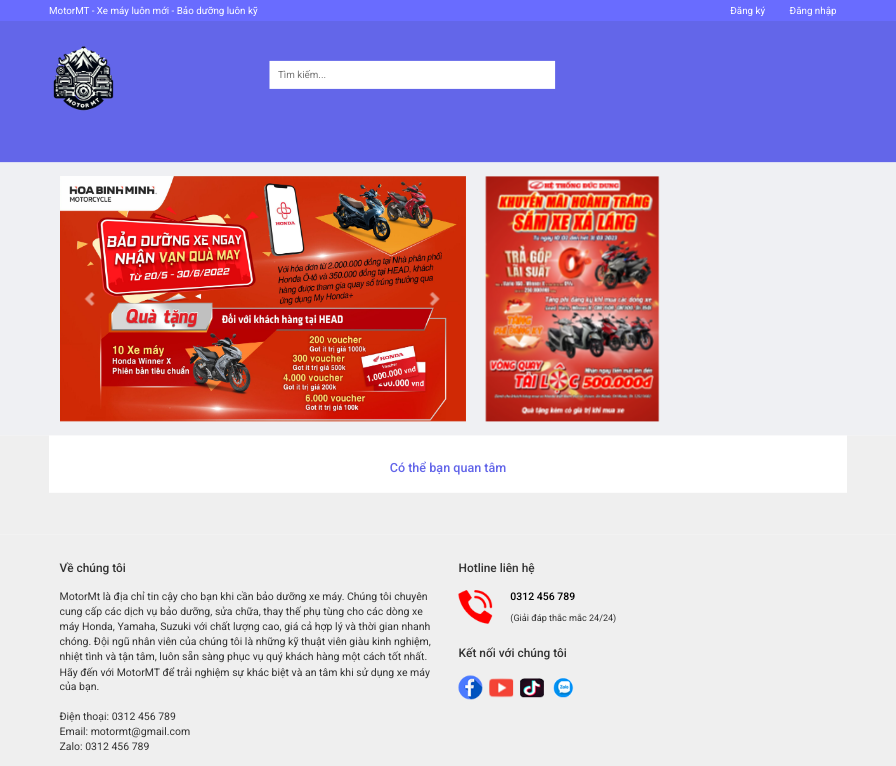
Repository: ThieuDV091002/MotorMaintain
Page: http://localhost/index
These files come from the project's save history. The page is drawn as it stood at one moment and after the next save; the edit follows.
The browser window is 1280 px wide. The pictures show the part of the page from y = 0 to 1920 px (the page is 1094 px tall before and 2815 px after), at 70% of full size.
Some web fonts or font styles are not loaded; a fallback is used. The page is this project's Thymeleaf template; nobody is signed in. The template is opened directly, without the code that normally fills it, so the values that code supplies are empty.

Above is the page before, as saved 2024-01-29 11:30:40.
Console error: TypeError: Cannot read properties of null (reading 'style')

### MotorMaintainnanceProject/MotorMaintainanceWebParent/MotorMaintainanceFrontEnd/src/main/resources/templates/index.html
<!DOCTYPE html>
<html xmlns:th="www.thymeleaf.org"
	  xmlns:sec="https://www.thymeleaf.org/thymeleaf-extras-springsecurity5">
<head>
	<meta charset="UTF-8">
	<meta name="viewport" content="width=device-width, initial-scale=1.0">
	<title>Trang chủ - EduBook</title>
	<script th:src="@{js/jquery-3.3.1.js}"></script>
	<script th:src="@{js/bootstrap.min.js}"></script>
	<script
			th:src="@{https://ajax.googleapis.com/ajax/libs/jquery/3.5.1/jquery.min.js}"></script>
	<link th:href="@{/rating-star/css/star-rating.css}" media="all"
		  rel="stylesheet" type="text/css" />
	<script th:src="@{/rating-star/js/star-rating.js}"
			type="text/javascript"></script>
	<link th:href="@{/rating-star/themes/krajee-svg/theme.css}" media="all"
		  rel="stylesheet" type="text/css" />
	<script th:src="@{/rating-star/themes/krajee-svg/theme.js}"></script>
	<link rel="stylesheet" th:href="@{css/bootstrap.min.css}">
	<link rel="stylesheet"
		  th:href="@{https://maxcdn.bootstrapcdn.com/bootstrap/3.4.1/css/bootstrap.min.css}">

	<link
			th:href="@{https://fonts.googleapis.com/css2?family=Roboto:ital,wght@0,300;0,400;0,500;0,700;1,300;1,400;1,500&display=swap}"
			rel="stylesheet">
	<link rel="stylesheet" th:href="@{css/all.min.css}">
	<link rel="stylesheet" th:href="@{/fontawesome/all.min.css}">
	<link
			th:href="@{https://fonts.googleapis.com/css2?family=Paytone+One&display=swap}"
			rel="stylesheet">
	<link rel="stylesheet" th:href="@{css/style.css}">
	<link rel="stylesheet" th:href="@{css/home.css}">
</head>
<body>
<div class="app">
	<header id="header">
		<div class="header__top">
			<div class="container">
				<section class="row flex">
					<div class="col-lg-5 col-md-0 col-sm-0 heade__top-left">
						<span>MotorMT - Xe máy luôn mới - Bảo dưỡng luôn kỹ</span>
					</div>

					<nav class="col-lg-7 col-md-0 col-sm-0 header__top-right">
						<ul class="header__top-list" sec:authorize="!isAuthenticated()">
							<li class="header__top-item"><a th:href="@{/register}"
															class="header__top-link">Đăng ký</a></li>
							<li class="header__top-item"><a th:href="@{/login}"
															class="header__top-link">Đăng nhập</a></li>
						</ul>
						<ul class="header__top-list" sec:authorize="isAuthenticated()">
							<li class="header__top-item"><a th:href="@{/customer-update}"
															class="header__top-link" sec:authentication="principal.hoten"></a></li>
						</ul>
					</nav>
				</section>
			</div>
		</div>


		<div class="header__bottom">
			<div class="container">
				<section class="row">
					<div class="col-lg-3 col-md-4 col-sm-12 header__logo">
						<h1 class="header__heading">
							<a href="#" class="header__logo-link"> <img style="height: 100px;"
									th:src="@{image/logo.png}" alt="Logo" class="header__logo-img">
							</a>
						</h1>
					</div>

					<div class="col-lg-6 col-md-7 col-sm-0 header__search text-center"
						 style="display: flex; justify-content: center; align-items: center;">
						<form class="col-lg-12 col-md-7 col-sm-0 header__search"
							  th:action="@{/search}" method="get" id="myForm">
							<input type="search" name="keyword" class="header__search-input"
								   th:value="${keyword}" placeholder="Tìm kiếm...">
						</form>
					</div>
				</section>
			</div>
		</div>

		<div class="header__nav">
			<div class="container">
				<section class="row">
					<th:block sec:authorize="isAuthenticated()">
						<div class="header__nav col-lg-9 col-md-0 col-sm-0">
							<ul class="header__nav-list">
	                            <li class="header__nav-item"><a th:href="@{/customer-update}"
	                                                            class="header__nav-link">Thông tin tài khoản</a></li>
	                            <li class="header__nav-item"><a th:href="@{/order}"
	                                                            class="header__nav-link"></a>Lịch đặt</li>
	                            <li class="header__nav-item"><a th:href="@{/address_book}"
	                                                            class="header__nav-link">Đặt lịch bảo dưỡng</a></li>
	                            <li class="header__nav-item"><a id="logoutLink" href=""
	                                                            class="header__nav-link">Đăng xuất</a></li>
	                        </ul>
						</div>
					</th:block>
				</section>
			</div>
		</div>
	</header>

	<section class="menu-slide text-center">
		<div class="container">
			<th:block sec:authorize="isAuthenticated()">
				<form th:action="@{/logout}" method="post" th:hidden="true"
					  name="LogoutForm">
					<input type="submit">
				</form>
			</th:block>
			<div class="row">
				<div class="slider col-lg-12 col-md-12 col-sm-0">
					<div class="row">
						<div class="slide__left col-lg-8 col-md-0 col-sm-0">
							<div id="carouselExampleIndicators" class="carousel slide"
								 data-ride="carousel" data-interval="3000">
								<div class="carousel-inner">
									<div class="carousel-item active">
										<img th:src="@{image/58db1c6ec60f06515f1e-scaled.jpg}"
											style="height: 350px"
											 class="d-block w-100" alt="...">
									</div>
								</div>
								<a class="carousel-control-prev"
								   href="#carouselExampleIndicators" role="button"
								   data-slide="prev"> <span
										class="carousel-control-prev-icon" aria-hidden="true"></span>
									<span class="sr-only">Previous</span>
								</a> <a class="carousel-control-next"
										href="#carouselExampleIndicators" role="button"
										data-slide="next"> <span
									class="carousel-control-next-icon" aria-hidden="true"></span>
								<span class="sr-only">Next</span>
							</a>
							</div>
						</div>

						<div class="slide__right col-lg-4 col-md-0 col-sm-0">
							<img th:src="@{image/khuyen-mai-hoanh-trang-sam-xe-xa-lang-1ejis5wd.jpg}" style="height: 350px" class="slide__right-img">
						</div>
					</div>
				</div>
			</div>
		</div>
	</section>

	<section class="product__love">
		<div class="container">
			<div class="row bg-white">
				<div class="col-lg-12 col-md-12 col-sm-12 product__love-title">
					<h2 class="product__love-heading" style="text-align: center;">
						Có thể bạn quan tâm</h2>
				</div>
			</div>
			<div class="row bg-white">
				<div class="product__panel-item col-lg-2 col-md-3 col-sm-6"
					 th:each="book : ${listBooks}" th:object="${book}">
					<div class="product__panel-img-wrap">
						<img th:if="${book.hinhanh == null}"
							 th:src="@{/image/id467907-125.png}"
							 style="width: 90%; height: 90%" class="product__panel-img">
						<img th:if="${book.hinhanh != null}"
							 th:src="@{${book.bookPhotoPath}}" class="product__panel-img">
					</div>
					<h3 class="product__panel-heading">
						<a th:href="@{'/book-detail-' + ${book.IDsach}}"
						   class="product__panel-link">[[${book.tensach}]]</a>
					</h3>

					<div class="product__panel-rate-wrap">
						<input type="text" class="book-detail-rating-star" dir="ltr"
							   data-size="sm" th:value="${book.averageRating}">
					</div>

					<div class="product__panel-price">
							<span class="product__panel-price-current">
								[[${book.dongia}]] đ </span>
					</div>
				</div>
			</div>
		</div>
	</section>

	<footer>
		<section class="footer__top">
			<div class="container">
				<div class="row">
					<article class="footer__top-intro col-lg-6 col-md-4 col-sm-6">
						<h4 class="footer__top-intro-heading">Về chúng tôi</h4>
						<div class="footer__top-intro-content">
							MotorMt là địa chỉ tin cậy cho bạn khi cần bảo dưỡng xe máy. Chúng tôi
							chuyên cung cấp các dịch vụ bảo dưỡng, sửa chữa, thay thế phụ tùng cho các
							dòng xe máy Honda, Yamaha, Suzuki với chất lượng cao, giá cả hợp lý và thời
							gian nhanh chóng. Đội ngũ nhân viên của chúng tôi là những kỹ thuật viên giàu
							kinh nghiệm, nhiệt tình và tận tâm, luôn sẵn sàng phục vụ quý khách hàng một
							cách tốt nhất. Hãy đến với MotorMT để trải nghiệm sự khác biệt và an tâm khi sử dụng xe máy của bạn.
 							<br> <br> Điện	thoại: 0312 456 789 <br> Email: motormt@gmail.com <br>
							Zalo: 0312 456 789 <br>
						</div>
					</article>

					<article
							class="footer__top-contact-wrap col-lg-6 col-md-4 col-sm-6">
						<h4 class="footer__top-contact-heading">Hotline liên hệ</h4>

						<div class="footer__top-contact">
							<div class="footer__top-contact-icon">
								<img th:src="@{image/phone_top.png}"
									 class="footer__top-contact-img">
							</div>

							<div class="footer__top-contact-phone-wrap">
								<div class="footer__top-contact-phone">0312 456 789</div>
								<div class="footer__top-contact-des">(Giải đáp thắc mắc
									24/24)</div>
							</div>
						</div>

						<h4 class="footer__top-contact-heading">Kết nối với chúng
							tôi</h4>

						<div class="footer__top-contact-social">
							<a href="#" class="footer__top-contact-social-link"> <img
									th:src="@{image/facebook.png}">
							</a> <a href="#" class="footer__top-contact-social-link"> <img
								th:src="@{image/youtube.png}">
						</a> <a href="#" class="footer__top-contact-social-link"> <img
								th:src="@{image/tiktok.png}">
						</a> <a href="#" class="footer__top-contact-social-link"> <img
								th:src="@{image/zalo.png}">
						</a>
						</div>
					</article>
				</div>
			</div>
		</section>
	</footer>
</div>
<script th:src="@{js/jq.js}"></script>
<script th:src="@{js/index.js}"></script>
<script type="text/javascript">
	$(document).ready(function() {
		$("#logoutLink").on("click", function(e) {
			e.preventDefault();
			$("form[name='LogoutForm']").submit();
		});

		$('#myForm input[type="search"]').keypress(function (event) {
			if (event.which === 13) {
				event.preventDefault();
				$('#myForm').submit();
			}
		});
	});
</script>
<script type="text/javascript">
	$(".book-detail-rating-star").rating({
		displayOnly: true,
		hoverOnClera: false,
		showCaption: false,
		theme: 'krajee-svg'
	})
</script>
</body>
</html>

### MotorMaintainnanceProject/MotorMaintainanceWebParent/MotorMaintainanceFrontEnd/src/main/resources/static/rating-star/css/star-rating.css
/*!
 * bootstrap-star-rating v4.1.3
 * http://plugins.krajee.com/star-rating
 *
 * Author: Kartik Visweswaran
 * Copyright: 2013 - 2021, Kartik Visweswaran, Krajee.com
 *
 * Licensed under the BSD 3-Clause
 * https://github.com/kartik-v/bootstrap-star-rating/blob/master/LICENSE.md
 */
.rating-loading {
    width: 25px;
    height: 25px;
    font-size: 0;
    color: #fff;
    background: transparent url('../img/loading.gif') top left no-repeat;
    border: none;
}

/*
 * Stars & Input
 */
.rating-container .rating-stars {
    position: relative;
    cursor: pointer;
    vertical-align: middle;
    display: inline-block;
    overflow: hidden;
    white-space: nowrap;
}

.rating-container .rating-stars:focus {
    outline: 1px dotted;
}

.rating-input {
    position: absolute;
    cursor: pointer;
    width: 100%;
    height: 1px;
    bottom: 0;
    left: 0;
    font-size: 1px;
    opacity: 0;
    padding: 0;
    margin: 0;
    outline: none;
    pointer-events: none;
    border: none;
    box-shadow: none;
    background: none;
}

.rating-container.is-display-only .rating-stars {
    cursor: default;
}

.rating-disabled .rating-stars {
    cursor: not-allowed;
}

.rating-container .star {
    display: inline-block;
    margin: 0 2px;
    text-align: center;
}

.rating-container .empty-stars {
    color: #aaa;
}

.rating-container .filled-stars {
    position: absolute;
    left: 0;
    top: 0;
    margin: auto;
    color: #fde16d;
    white-space: nowrap;
    overflow: hidden;
    -webkit-text-stroke: 1px #777;
    text-shadow: 1px 1px #999;
}

.rating-rtl {
    float: right;
}

.rating-animate .filled-stars {
    transition: width 0.25s ease;
}

.rating-rtl .filled-stars {
    left: auto;
    right: 0;
    transition: none;
    -webkit-transform: matrix(-1, 0, 0, 1, 0, 0);
    transform: matrix(-1, 0, 0, 1, 0, 0);
}

.rating-rtl.is-star .filled-stars {
    right: 0.06em;
}

.rating-rtl.is-heart .empty-stars {
    margin-right: 0.07em;
}

/**
 * Clear
 */
.rating-container .clear-rating {
    color: #aaa;
    cursor: not-allowed;
    display: inline-block;
    vertical-align: middle;
    font-size: 60%;
}

.clear-rating-active {
    cursor: pointer !important;
}

.clear-rating-active:hover {
    color: #843534;
}

.rating-container .clear-rating {
    padding-right: 5px;
}

/**
 * Caption
 */

/* extend support to BS4 */
.rating-container .caption .label {
    display: inline-block;
    padding: .25em .4em;
    line-height: 1;
    text-align: center;
    vertical-align: baseline;
    border-radius: .25rem;
}

.rating-container .caption {
    color: #999;
    display: inline-block;
    vertical-align: middle;
    line-height: 1;
}

.rating-container .caption {
    margin-left: 5px;
    margin-right: 0;
}

.rating-rtl .caption {
    margin-right: 5px;
    margin-left: 0;
}

/**
 * Print
 */
@media print {
    .rating-container .clear-rating {
        display: none;
    }
}

/**
 * Sizes
 */
.rating-xl {
    font-size: 48px;
}
.rating-lg {
    font-size: 40px;
}
.rating-md {
    font-size: 32px;
}
.rating-sm {
    font-size: 24px;
}
.rating-xs {
    font-size: 16px;
}

.rating-xl .caption {
    font-size: 20px;
}

.rating-lg .caption {
    font-size: 18px;
}

.rating-md .caption {
    font-size: 16px;
}

.rating-sm .caption {
    font-size: 14px;
}

.rating-xs .caption {
    font-size: 12px;
}

/**
 * Caption
 */
.caption-badge {
    font-family: Arial, Helvetica, sans-serif;
    display: inline-block;
    padding: .35em .65em;
    font-size: .75em;
    font-weight: 700;
    line-height: 1;
    color: #fff;
    text-align: center;
    white-space: nowrap;
    vertical-align: baseline;
    border-radius: .25rem;
}

.caption-secondary {
    background-color: #6c757d;
}

.caption-danger {
    background-color: #dc3545;
}

.caption-warning {
    background-color: #ffc107;
    color: #212529;
}

.caption-info {
    background-color: #0dcaf0;
    color: #212529;
}

.caption-primary {
    background-color: #0d6efd;
}

.caption-success {
    background-color: #198754;
}

### MotorMaintainnanceProject/MotorMaintainanceWebParent/MotorMaintainanceFrontEnd/src/main/resources/static/rating-star/themes/krajee-svg/theme.css
/*!
 * Krajee SVG Theme styling for bootstrap-star-rating.
 * This file must be loaded after 'star-rating.css'.
 *
 * bootstrap-star-rating v4.1.3
 * http://plugins.krajee.com/star-rating
 *
 * Author: Kartik Visweswaran
 * Copyright: 2013 - 2021, Kartik Visweswaran, Krajee.com
 *
 * Licensed under the BSD 3-Clause
 * https://github.com/kartik-v/bootstrap-star-rating/blob/master/LICENSE.md
 */
.theme-krajee-svg .krajee-icon,
.theme-krajee-svg .krajee-icon-clear {
    display: inline-block;
    width: 2rem;
    height: 2rem;
    -webkit-background-size: cover;
    -moz-background-size: cover;
    -o-background-size: cover;
    background-size: cover;
}

.theme-krajee-svg .clear-rating,
.theme-krajee-svg .rating-stars {
    font-size: 5px;
}

.theme-krajee-svg .krajee-icon-clear {
    background-image: url('data:[embedded picture, 747 characters]');
}

.theme-krajee-svg .filled-stars .krajee-icon-star {
    background-image: url('data:[embedded picture, 447 characters]');
}

.theme-krajee-svg.rating-xl .krajee-icon,
.theme-krajee-svg.rating-xl .krajee-icon-clear {
    width: 3rem;
    height: 3rem;
}

.theme-krajee-svg.rating-lg .krajee-icon,
.theme-krajee-svg.rating-lg .krajee-icon-clear {
    width: 2.5rem;
    height: 2.5rem;
}

.theme-krajee-svg.rating-md .krajee-icon,
.theme-krajee-svg.rating-md .krajee-icon-clear {
    width: 2rem;
    height: 2rem;
}

.theme-krajee-svg.rating-sm .krajee-icon,
.theme-krajee-svg.rating-sm .krajee-icon-clear {
    width: 1.5rem;
    height: 1.5rem;
}

.theme-krajee-svg.rating-xs .krajee-icon,
.theme-krajee-svg.rating-xs .krajee-icon-clear {
    width: 1rem;
    height: 1rem;
}

.theme-krajee-svg .krajee-icon-clear:hover {
    background-image: url('data:[embedded picture, 753 characters]');
}

.theme-krajee-svg .empty-stars .krajee-icon-star {
    background-image: url('data:[embedded picture, 447 characters]');
}

.theme-krajee-svg .filled-stars .krajee-icon-heart {
    background-image: url('data:[embedded picture, 621 characters]');
}

.theme-krajee-svg .empty-stars .krajee-icon-heart {
    background-image: url('data:[embedded picture, 621 characters]');
}

.theme-krajee-svg.rating-rtl.is-heart .filled-stars {
    right: 0.02em;
}

.theme-krajee-svg.rating-rtl.is-heart .empty-stars {
    margin-right: 0.01em;
}

Loaded but not shown: MotorMaintainnanceProject/MotorMaintainanceWebParent/MotorMaintainanceFrontEnd/src/main/resources/static/js/jquery-3.3.1.js (library); MotorMaintainnanceProject/MotorMaintainanceWebParent/MotorMaintainanceFrontEnd/src/main/resources/static/js/bootstrap.min.js (library); MotorMaintainnanceProject/MotorMaintainanceWebParent/MotorMaintainanceFrontEnd/src/main/resources/static/css/bootstrap.min.css (library); MotorMaintainnanceProject/MotorMaintainanceWebParent/MotorMaintainanceFrontEnd/src/main/resources/static/css/all.min.css (library); MotorMaintainnanceProject/MotorMaintainanceWebParent/MotorMaintainanceFrontEnd/src/main/resources/static/fontawesome/all.min.css (library); MotorMaintainnanceProject/MotorMaintainanceWebParent/MotorMaintainanceFrontEnd/src/main/resources/static/rating-star/js/star-rating.js (708 lines, source omitted); MotorMaintainnanceProject/MotorMaintainanceWebParent/MotorMaintainanceFrontEnd/src/main/resources/static/js/jq.js (51 lines, source omitted); MotorMaintainnanceProject/MotorMaintainanceWebParent/MotorMaintainanceFrontEnd/src/main/resources/static/rating-star/themes/krajee-svg/theme.js (30 lines, source omitted); MotorMaintainnanceProject/MotorMaintainanceWebParent/MotorMaintainanceFrontEnd/src/main/resources/static/js/index.js (26 lines, source omitted); MotorMaintainnanceProject/MotorMaintainanceWebParent/MotorMaintainanceFrontEnd/src/main/resources/static/css/home.css (832 lines, source omitted); MotorMaintainnanceProject/MotorMaintainanceWebParent/MotorMaintainanceFrontEnd/src/main/resources/static/css/style.css (462 lines, source omitted)

After the next save:
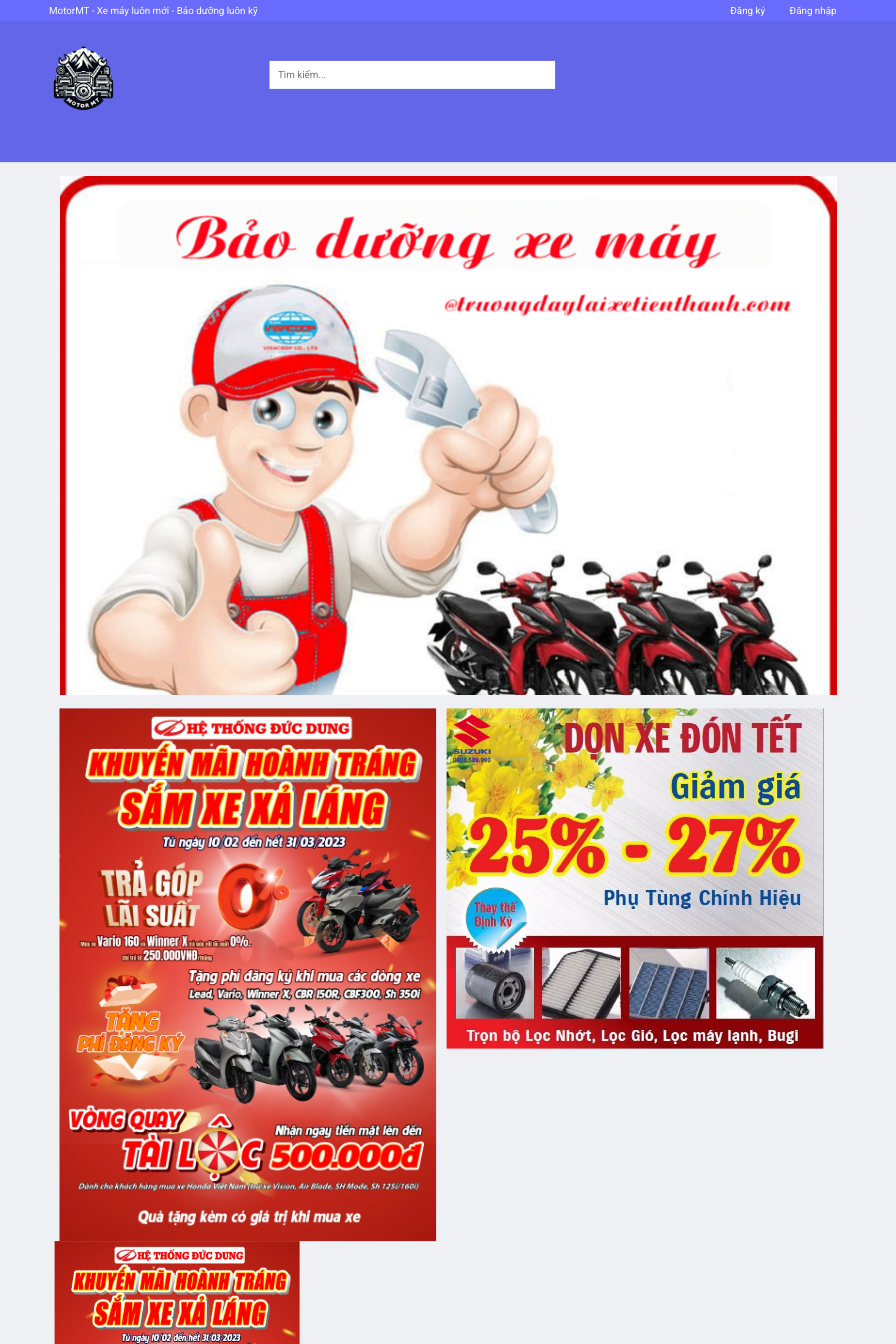
Saved 92 s later.
--- a/MotorMaintainnanceProject/MotorMaintainanceWebParent/MotorMaintainanceFrontEnd/src/main/resources/templates/index.html
+++ b/MotorMaintainnanceProject/MotorMaintainanceWebParent/MotorMaintainanceFrontEnd/src/main/resources/templates/index.html
@@ -114,13 +114,20 @@
 			<div class="row">
 				<div class="slider col-lg-12 col-md-12 col-sm-0">
 					<div class="row">
-						<div class="slide__left col-lg-8 col-md-0 col-sm-0">
+						<div class="slide__left col-lg-12 col-md-0 col-sm-0">
 							<div id="carouselExampleIndicators" class="carousel slide"
 								 data-ride="carousel" data-interval="3000">
 								<div class="carousel-inner">
 									<div class="carousel-item active">
 										<img th:src="@{image/58db1c6ec60f06515f1e-scaled.jpg}"
-											style="height: 350px"
+											 class="d-block w-100" alt="...">
+									</div>
+									<div class="carousel-item">
+										<img th:src="@{image/khuyen-mai-dich-vu-10-goi-combo_1-scaled.jpg}"
+											 class="d-block w-100" alt="...">
+									</div>
+									<div class="carousel-item">
+										<img th:src="@{image/bảo-dưỡng-xe-máy.png}"
 											 class="d-block w-100" alt="...">
 									</div>
 								</div>
@@ -136,10 +143,20 @@
 								<span class="sr-only">Next</span>
 							</a>
 							</div>
+							<div class="slide__left-bottom">
+								<div class="slide__left-botom-one">
+									<img th:src="@{image/khuyen-mai-hoanh-trang-sam-xe-xa-lang-1ejis5wd.jpg}"
+										 class="slide__left-bottom-one-img">
+								</div>
+								<div class="slide__left-bottom-two">
+									<img th:src="@{image/z1196650932994_2260ec67f8619f292a17ec95c6a2b0c3.png}"
+										 class="slide__left-bottom-tow-img">
+								</div>
+							</div>
 						</div>
 
 						<div class="slide__right col-lg-4 col-md-0 col-sm-0">
-							<img th:src="@{image/khuyen-mai-hoanh-trang-sam-xe-xa-lang-1ejis5wd.jpg}" style="height: 350px" class="slide__right-img">
+							<img th:src="@{image/khuyen-mai-hoanh-trang-sam-xe-xa-lang-1ejis5wd.jpg}" style="height: 550px" class="slide__right-img">
 						</div>
 					</div>
 				</div>
